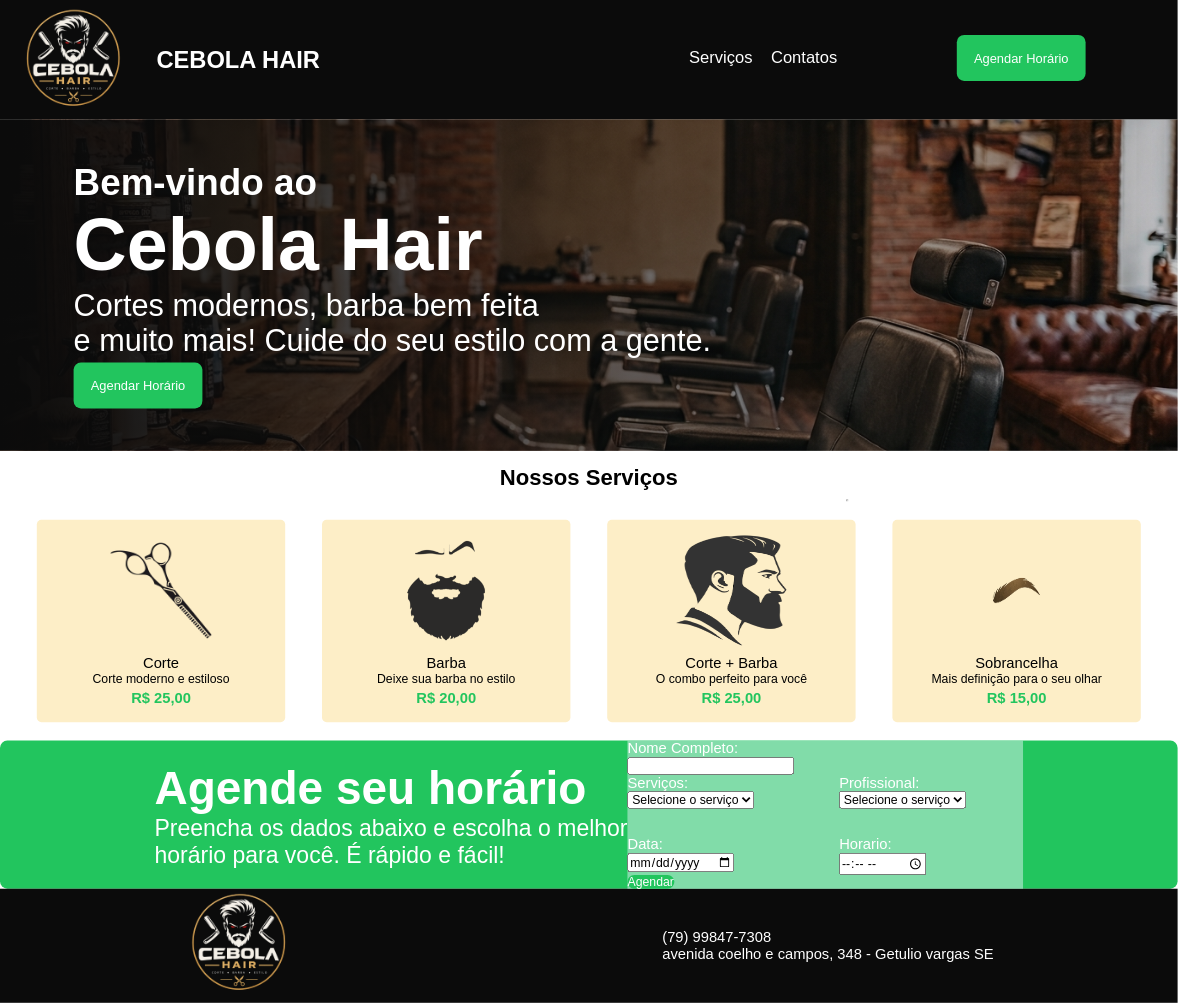
Repository: antonymsantana-design/final.activitie1
Page: index.html
The author's editor kept a copy of each file at every save. The page is drawn from the files as they stood at one save, then again after the next save.
The browser window is 1280 px wide. The pictures show the whole page, at 92% of full size.

Above is the page before, as saved 2026-09-15 19:44:53.

### index.html
<!doctype html>
<html lang="pt-br">
  <head>
    <meta charset="UTF-8" />
    <meta name="viewport" content="width=device-width, initial-scale=1.0" />
    <title>Cebola Hair</title>
    <link rel="stylesheet" href="style.css" />
    <script src="../final.activitie1/script.js" defer></script>
  </head>
  <header>
    <div class="conteudoH" id="conteudoH">
      <div class="imagem" id="imagem">
        <img
          src="image/logoC.png"
          alt="logo"
          class="logoIMG"
          id="logoIMG"
        />
        <h3 class="logoH">CEBOLA HAIR</h3>
      </div>
      <div class="direitaH">
        <div class="links" id="links">
          <a href="#" class="aLinks">Serviços</a>
          <a href="#" class="aLinks">Contatos</a>
        </div>
        <div class="btnDiv" id="btnDiv">
          <button class="btn" id="btn">
            <div class="btnTxt" id="btnTxt">
              <p>Agendar Horário</p>
            </div>
          </button>
        </div>
      </div>
    </div>
  </header>

  <body>
    <div class="conteudo">
      <div class="texto">
        <h4>Bem-vindo ao</h4>
        <h1>Cebola Hair</h1>
        <small
          >Cortes modernos, barba bem feita <br />
          e muito mais! Cuide do seu estilo com a gente.</small
        >
        <button class="btn" id="btn">
          <div class="btnTxt" id="btnTxt">
            <p>Agendar Horário</p>
          </div>
        </button>
      </div>
    </div>

    <h2 class="Our">Nossos Serviços</h2>
    <hr />

    <div class="cards">
      <div class="card">
        <img src="image/corte.webp" alt="tisora" class="icone" />
        <p>Corte</p>
        <small>Corte moderno e estiloso</small>
        <h4>R$ 25,00</h4>
      </div>
      <div class="card">
        <img src="image/barba(png).png" alt="tisora" class="icone" />
        <p>Barba</p>
        <small>Deixe sua barba no estilo</small>
        <h4>R$ 20,00</h4>
      </div>
      <div class="card">
        <img src="image/barba+corte(png).png" alt="tisora" class="icone" />
        <p>Corte + Barba</p>
        <small>O combo perfeito para você</small>
        <h4>R$ 25,00</h4>
      </div>
      <div class="card">
        <img
          src="image/Design sem nome.png"
          alt="tisora"
          class="icone"
        />
        <p>Sobrancelha</p>
        <small>Mais definição para o seu olhar</small>
        <h4>R$ 15,00</h4>
      </div>
    </div>

    <div class="agendar" id="agendar">
      <div class="esq">
        <h1>Agende seu horário</h1>
        <p>
          Preencha os dados abaixo e escolha o melhor <br />
          horário para você. É rápido e fácil!
        </p>
      </div>

      <div class="form">
        <label for="nome">Nome Completo:</label><br/>
        <input type="text" name="nome" id="nome" /><br/>

         <div class="quadrado">
        <div class="1">
          <label for="serv">Serviços:</label>
          <select name="serv" id="serv">
            <option value="">Selecione o serviço</option>
            <option value="corte">Corte</option>
            <option value="barba">Barba</option>
            <option value="cort+barba">Corte + Barba</option>
            <option value="sobrancelha">Sobrancelha</option>
          </select>
          </div>

          <div class="2">
            <label for="prof">Profissional:</label>
            <select name="prof" id="prof">
              <option value="">Selecione o serviço</option>
              <option value="cebola">Cebola</option>
            </select>
            </div>
            <div class="3">
              <label for="data">Data:</label> <br>
              <input type="date" name="data" id="data" />
            </div>
            <div class="4">
              <label for="hora">Horario:</label> <br>
              <input type="time" name="hora" id="hora" />
            </div>
          </div>
           <button type="button" class="agendar">Agendar</button>
          </div>
      </div>
    </div>
  </body>
  <footer>
    <div class="direita">
      <img
        src="image/logoC.png"
        alt="logo"
        class="logoIMG"
        id="logoIMG"
      />
    </div>

    <div class="esquerda">
      <p>(79) 99847-7308</p>
      <p>avenida coelho e campos, 348 - Getulio vargas SE</p>
    </div>
  </footer>
</html>

### style.css
* {
    padding: 0px;
    margin: 0px;
    font-family: Arial, Helvetica, sans-serif;
}

header {
    background-color: #0B0B0B;
    height: 130px;
}

small {
    padding-bottom: 5px;
}

.conteudoH {
    display: flex;
    justify-content: space-between;
    padding-right: 100px;
    align-items: center;
}

.imagem {
    margin-left: 20px;
    margin-top: 5px;
    display: flex;
    justify-content: center;
    align-items: center;
    gap: 30px;
    font-weight: 600;
    font-size: 22px;
}

.logoIMG {
    width: 120px;
    height: 120px;
    cursor: pointer;
}

.logoH {
    color: white;

}

.links {
    display: flex;
    gap: 20px;
    justify-content: center;
    padding-right: 130px;
    font-size: 18px;
}

.links a {
    text-decoration: none;
    color: white;
    transition: 0.5s ease;
}

.aLinks:hover {
    transform: translateY(-5px);
    box-shadow: 0 4px 10px rgba(0, 0, 0, 0.15);
    background-color: #F0C56A;
    color: #F5F5F5;
    border-radius: 5px;
    width: 120px;
    height: 30px;
    display: flex;
    justify-content: center;
    align-items: center;
}

.btnDiv {
    display: flex;
}

.btn {
    display: flex;
    justify-content: center;
    width: 140px;
    height: 50px;
    background-color: #22C55E;
    border: none;
    color: white;
    align-items: center;
    border-radius: 8px;
    transition: 0.3s ease;
    cursor: pointer;
    font-size: 14px;
}

.btn:hover {
    transform: translateY(-5px);
    box-shadow: 0 8px 15px rgba(0, 0, 0, 0.4);
}

.direitaH {
    display: flex;
    justify-content: center;
    align-items: center;
}

.conteudo {
    background-image: url(image/Gemini_Generated_Image_hbetqjhbetqjhbet.jpg);
    background-repeat: no-repeat;
    background-size: cover;
    background-position: center;
    height: 50vh;
    color: white;
}

.texto {
    padding-left: 80px;
    font-size: 40px;
    display: flex;
    flex-direction: column;
    justify-content: center;
    height: 50vh;
    background: linear-gradient(to right, #0B0B0B, #15151531);

}

.card {
    background-color: #FDEEC7;
    width: 270px;
    height: 220px;
    display: flex;
    flex-direction: column;
    justify-content: center;
    align-items: center;
    border-radius: 5px;
}

.cards {
    display: flex;
    justify-content: center;
    gap: 40px;
    padding-top: 20px;
    padding-bottom: 20px;
}

.card h4 {
    color: #22C55E;
}

.icone {
    width: 120px;
    height: 120px;
    padding-bottom: 10px;
}

.Our {
    padding-top: 15px;
    text-align: center;
    padding-bottom: 10px;
}

hr {
    color: #22C55E;
    text-align: center;
    margin-left: 920px;
    margin-right: 920px;
}

.agendar{
    display: flex;
    justify-content: space-around;
    align-items: center;
}

.form{
    background-color: rgba(201, 238, 227, 0.568);
}
.quadrado{
    display: grid;
    grid-template-columns: repeat(2, 200px);
    gap: 30px;
}

.esq {
    font-size: 25px;
}

footer{
    display: flex;
    justify-content: space-around;
    align-items: center;
    background-color: #0B0B0B;
    color: white;
}

.agendar{
    display: flex;
    justify-content: center;
    align-items: center;

    background-color: #22C55E;
    border: none;
    color: white;
    border-radius: 8px;
    transition: 0.3s ease;
    cursor: pointer;
}

.agendar:hover {
    transform: translateY(-5px);

}

Loaded but not shown: script.js (no copy from this time; the picture is the same without it)

After the next save:
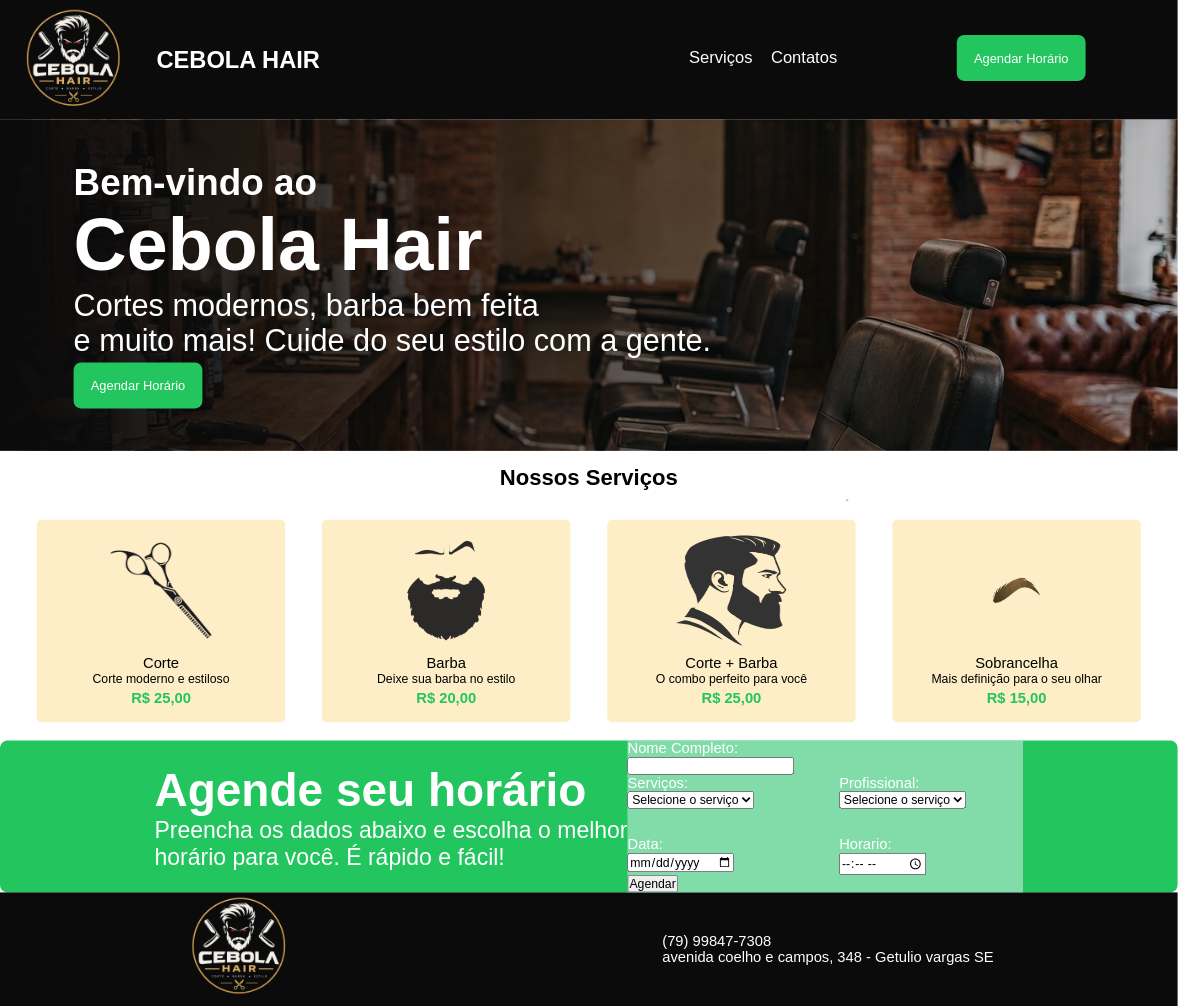
Saved 25 s later.
--- a/index.html
+++ b/index.html
@@ -126,7 +126,7 @@
               <input type="time" name="hora" id="hora" />
             </div>
           </div>
-           <button type="button" class="agendar">Agendar</button>
+           <button type="button" class="agendarbtn">Agendar</button>
           </div>
       </div>
     </div>
